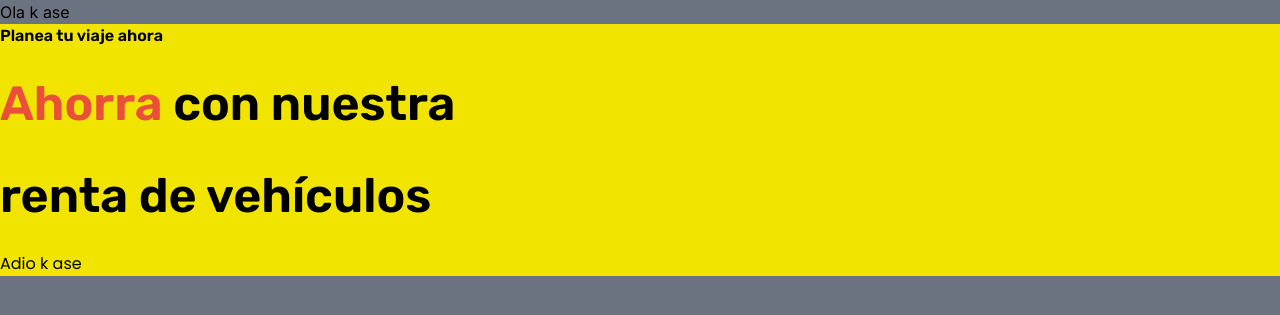
Repository: aldovelacasas/PF_RentCar2
Page: /homePage
The author's editor kept a copy of each file at every save. The page is drawn from the files as they stood at one save, then again after the next save.
The browser window is 1280 px wide. The pictures show the whole page.
The project was rebuilt for these pictures with package versions that can differ from the ones it lists, and the page was loaded fresh each time. The framework's server and built-in components were replaced by stand-ins that run in the browser. Also part of the build but not shown: next.config.js.

Above is the page before, as saved 2023-08-29 18:58:08.

After the next save:
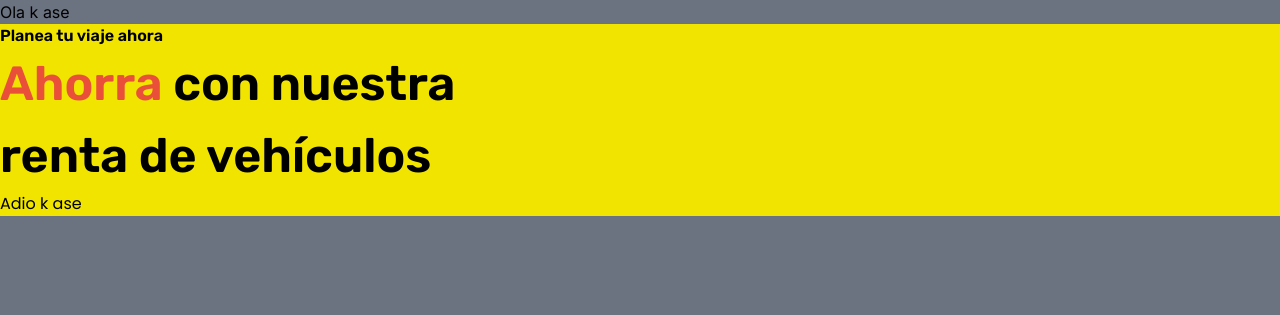
Saved 4 s later.
--- a/src/app/homePage/page.jsx
+++ b/src/app/homePage/page.jsx
@@ -14,7 +14,7 @@ const rubik = fontRubik.className;
 
 function HomePage() {
   return (
-    <div className={`bg-amarillo_status ${rubik} space-y-5`}>
+    <div className={`bg-amarillo_status ${rubik} space-y-0`}>
       <p className={`${poppins.className}`}>Planea tu viaje ahora</p>
       <p className="text-[3em] mb-0 pb-0">
         <span className="text-naranja_enf mb-0 pb-0">Ahorra </span>con nuestra{" "}
